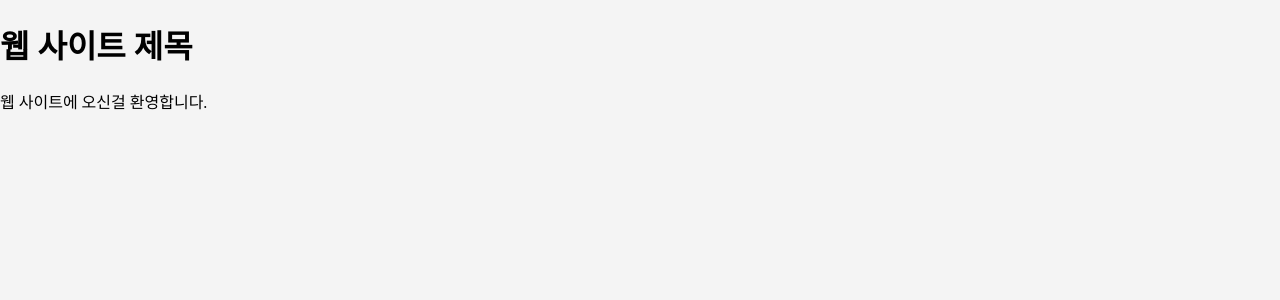
Repository: Yim-HaEun/springBoot
Page: springStart-1/src/main/resources/static/Header.html
An editor plug-in stored every save of this project. The page is shown before and after the next save, followed by the edit.
The browser window is 1280 px wide. The pictures show the whole page.

Above is the page before, as saved 2023-11-21 05:29:52.

After the next save:
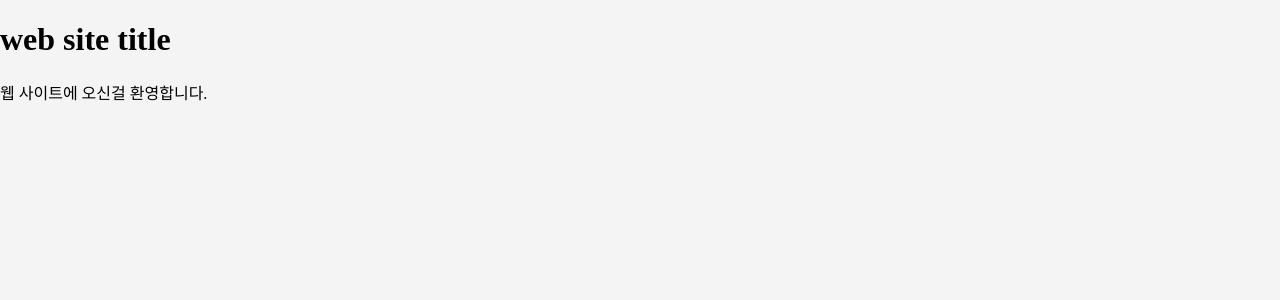
Saved 10 min 19 s later.
--- a/springStart-1/src/main/resources/static/Header.html
+++ b/springStart-1/src/main/resources/static/Header.html
@@ -13,7 +13,8 @@
 			}
 
 		</style>
-		<h1>웹 사이트 제목</h1>
+		<script src =""></script>
+		<h1>web site title</h1>
 		<p>웹 사이트에 오신걸 환영합니다.</p>
 	</body>
 </html>
